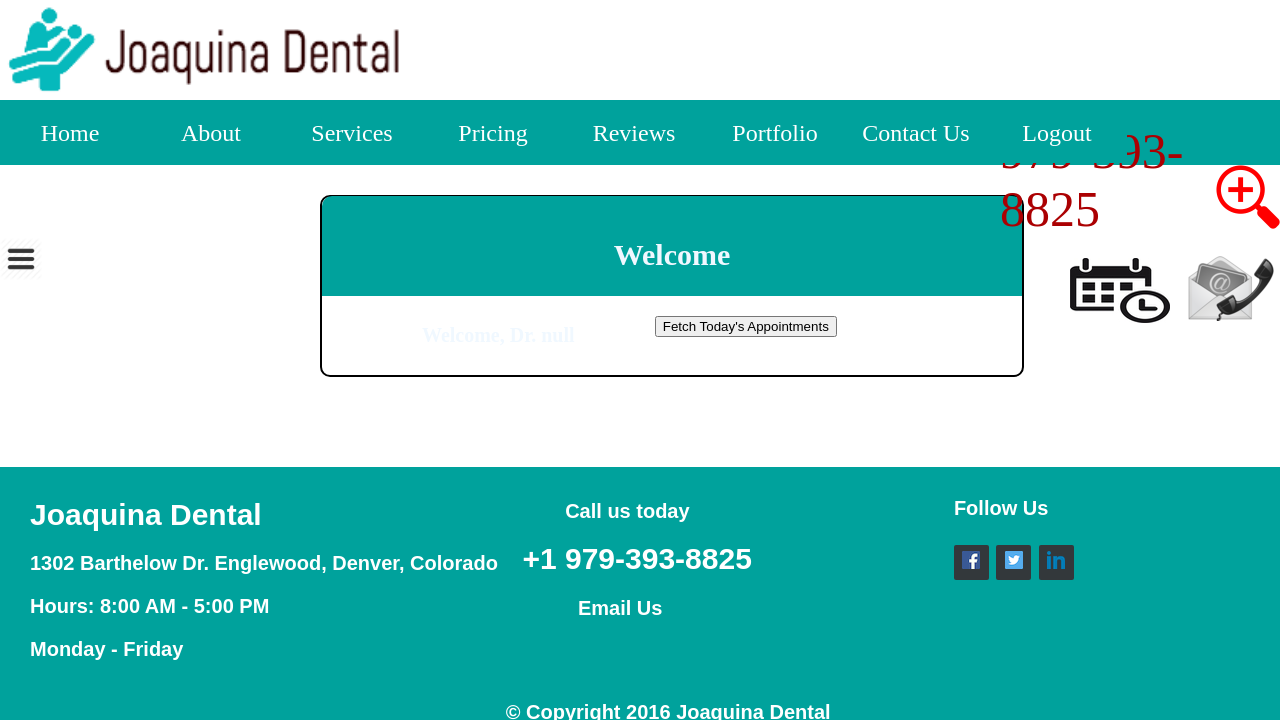
Repository: ManjushaBolishetty/test
Page: http://localhost/test/DentistHomePage.jsp
An editor plug-in stored every save of this project. The page is shown before and after the next save, followed by the edit.
The browser window is 1280 px wide. The pictures show the whole page.
The page is served by Tomcat 9. Other server files are loaded and not shown.

Above is the page before, as saved 2016-04-03 17:46:12.

### test/WebContent/DentistHomePage.jsp
<%@include file="header.jsp" %>
<%@ page import="java.io.*,java.util.*" %>
<%@ page import="javax.servlet.*,java.text.*" %>

<!DOCTYPE html>
<html>
<head>
    <meta http-equiv="Content-Type" content="text/html; charset=ISO-8859-1">
	<meta name="viewport" content="width=device-width, initial-scale=1">
<link href="CSS/ResponsiveForm.css" rel="stylesheet" type="text/css" />
<script src="http://code.jquery.com/jquery-latest.js">  </script>
    <title>My Appointments</title>
</head>
<script type="text/javascript">
function fetchAppointment(){
	  $.ajax({
          url : "AppointmentServlet",
          type : "GET",
          data :{},
          dataType : "text",
          success : function(data) {
        	  /*alert('hi');*/
        	  if($('#divAppointmentList').text("")){
        		  $('#divAppointmentList').append(data);
        	  }
          }
});
}

$(document).ready(function(){

	$('a.loginToggle').text("Logout");
	$('#getApt').click(function(){
		fetchAppointment();
	});
});
</script>
<body>
<div id="cover">
<header>
    <h3>Welcome </h3>
    <div class="Logindate">
 	<%
   Date date = new Date();
   out.print("<h4 align=\"left\">" +"Welcome, Dr. " + session.getAttribute("Dentist_Name") + "</h4>\n");
   /*  out.print("<h4 align=\"left\">" + date.toString() + "</h4>");*/
	%>
</div>

</header>

<div class="appointment" align=center>
<form action="AppointmentServlet" method="get">
      <input id="getApt" type="button" value="Fetch Today's Appointments" />
      <div id="divAppointmentList"></div>
 </form>
 </div>
</div>

  <footer class="footer-distributed">
			<div class="footer-left">

				<h3>Joaquina Dental</h3>
				<p>1302 Barthelow Dr.
				Englewood, Denver, Colorado</p>
				<p >Hours: 8:00 AM - 5:00 PM</p>
				<p >Monday - Friday</p>
			</div>

			<div class="footer-center">

				<p class="callusToday">Call us today  </p><br/>
				<br/>
				<h3>+1 979-393-8825</h3><br/>
				<p class="emailUs">Email Us</p>
			</div>

			<div class="footer-right">

				<p>Follow Us</p>

				<div class="footer-icons">

					<a href="#"><i class="fa fa-facebook"></i></a>
					<a href="#"><i class="fa fa-twitter"></i></a>
					<a href="#"><i class="fa fa-linkedin"></i></a>

				</div>

			</div>
<p class="copyright" >&copy; Copyright 2016 Joaquina Dental</p>
		</footer>
</body>
</html>

### test/WebContent/header.jsp
<%@ page language="java" contentType="text/html; charset=UTF-8"
    pageEncoding="UTF-8"%>
<!DOCTYPE html>
<html>
<head>
<meta http-equiv="Content-Type" content="text/html; charset=UTF-8">
<meta name="viewport" content="width=device-width, initial-scale=1">
<link href="CSS/testeverything.css" rel="stylesheet" type="text/css" />
<script src="http://code.jquery.com/jquery-latest.js">  </script>
<script type="text/javascript">

$(document).ready(function(){
	$('a.loginToggle').click(function(){
		if($('a.loginToggle').text()=="Logout"){
			window.location.href = "JD_LoginPage.jsp";
		}
	})
});
</script>

<style>

#zoom img {
    width: 5%;
    position: absolute;
    right: 0;
}
</style>
<title>Insert title here</title>
</head>

<body>
<div id="header">
	<img class="logoimage" src="Images/Drawing (4).png" alt="Joaquina Dental"></img>
	<span class="phonenumber">979-393-8825</span>
	<a href="#" class="scheduleanchor"><img class="Contact" src="Images/Contact_Us.png"></img></a>
	<a href="#" class="scheduleanchor"><img class="Calendar" src="Images/calendar.png"></img></a>
</div>

<div id="navmenu">
	<img class="iconimage" src="Images/collpased_menu.png"></img><label for="show-menu" class="show-menu iconlabel">Menu</label>
	<input type="checkbox" id="show-menu" role="button">

	<ul id="menu">
		  <li><a href="#">Home</a></li>
		  <li><a href="#">About</a></li>
		  <li>
		    	<a href="#">Services</a>
			    <ul class="dropdownContent">
			      <li><a href="#">Extraction</a></li>
			      <li><a href="#">Transplant</a></li>
			      <li><a href="#">Root Canal</a></li>
			      <li><a href="#">Cleaning</a></li>
			    </ul>
	  	   </li>
	  	   <li><a href="#">Pricing</a></li>
	  	   <li><a href="#">Reviews</a></li>
	  	   <li><a href="#">Portfolio</a></li>
	  	   <li><a href="#">Contact Us</a></li>
	  	   <li><a class="loginToggle" href="#">Login</a></li>
	</ul>
</div>
<div id="zoom" style="width:100%;height:0px">
	<a href="#" class=""><img class="zoom" src="Images/zoom.png"></img></a>
</div>
</body>
</html>

### test/WebContent/CSS/testeverything.css
body{
  border: 0;
  padding: 0;
  margin: 0;
  height: 100%;

}

#header{
	width:100%;
	height:100px;
  background-color:white;
}

#header h3{
	display:inline;
	width:auto;
	height:auto;
}
#header img{
	width:auto;
	float:left;
	padding-left:0px;
	height:100%;
}


.Contact{

	max-width:100%;
	height:auto;
	margin-left:10px;
	margin-top:18px;
}


.Calendar{

	max-width:100%;
	height:auto;
	margin-left:10px;
	margin-top:20px;
}

#header a{
	float:right;
	/*margin-right: 40px;*/
}
.logoSchedule{
	width:auto;
	float:left;
}

.logoContact{
	width:auto;
	float:right;
}

#navmenu{
	width:100%;
	height:65px;
	background:#00A29C;
}

ul {
	list-style-type:none;
	margin:0;
	padding:0;
	position: absolute;
}

/*Create a horizontal list with spacing*/
li {
	display:inline-block;
	float: left;
	margin-right: 1px;
}

/*Style for menu links*/
li a {
	display:block;
	min-width:140px;
	padding-top:20px;
	padding-bottom:16px;
	font-size:24px;
	text-align: center;
	font-family: 'Roboto Slab', serif;
	color: white;
	background: #00A29C;
	text-decoration: none;
}

.phonenumber{
    font-size: 50px;
    margin-left: 1000px;
    display: inline-block;
    margin-top: 22px;
    color: #ab0002;
    float:left;
}

/*Hover state for top level links*/
li:hover a {
	background: black;
}

/*Style for dropdown links*/
li:hover ul a {
	background: #e6ffff;
	color: blue;
}

/*Hover state for dropdown links*/
li:hover ul a:hover {
	background: #19c589;
	color: #fff;
}

/*Hide dropdown links until they are needed*/
li ul {
	display: none;
}

/*Make dropdown links vertical*/
li ul li {
	display: block;
	float: none;
}



/*Display the dropdown on hover*/
ul li a:hover + .dropdownContent, .dropdownContent:hover {
	display: block;
}

/*Responsive Styles*/

	.show-menu {
	font-family: "Helvetica Neue", Helvetica, Arial, sans-serif;
	text-decoration: none;
	color: #fff;
	background: #00A29C;
	text-align: center;
	padding: 10px 0;
	display: none;
}

.iconlabel{
	width:100%;
	height:auto;
	padding:1%;
}

.iconimage{
	float:left;
	height:42px;
}


.callusToday{
	padding-left:10%;
}
.emailUs{
	padding-left:13%;
}

/*Hide checkbox*/
input[type=checkbox]{
    display: none;
}

/*Show menu when invisible checkbox is checked*/
input[type=checkbox]:checked ~ #menu{
    display: block;
}

@media screen and (max-width : 832px){
	/*Make dropdown links appear inline*/
	ul {
		position: static;
		display: none;
	}

	/*Create vertical spacing*/
	li {
		margin-bottom: 1px;
	}
	/*Make all menu links full width*/
	ul li, li a {
		width: 100%;
	}
	.show-menu {
		display:block;
	}
	.imageHolder{
		display:none;
	}
	.iconlabel
	{
	padding-top:12px;
	float:left;
	width:auto;
	}
}



#Content{
	width:100%;
	height:600px;
	background:white;
}

.imageHolder{
	width:100%;
	height:400px;
	background-image: url("/BigHornDental/Images/appointment.jpg");
    background-repeat: no-repeat;
    background-size: contain;
    border: 1px solid black;
}


.login{
  width: 40%;
  font-family: lato;
  position: relative;
  color: white;
  border:1px solid blue;
  border-radius: 10px;
  background-color:blue;
  text-align:center;
}

/* .Logoutbutton input{
	float: left;
	padding-right:100px;
	font-size: 20px;
    display: block;
    line-height: 12px;
    text-align: left;
} */

.Logindate h4{
	float: left;
    font-size: 20px;
    display: block;
    line-height: 12px;
    text-align: left;
    padding-left:100px;
}


/*For Footer*/
footer{
padding-left:40px;
position: fixed;
}

.footer-distributed{
	background-color: #00A29c;
	box-shadow: 0 1px 1px 0 rgba(0, 0, 0, 0.12);
	box-sizing: border-box;
	width: 100%;
	height:auto;
	text-align: left;
	font: bold 16px sans-serif;
	padding: 30px 30px;
	margin-top: 80px;
}

.footer-distributed .footer-left,
.footer-distributed .footer-center,
.footer-distributed .footer-right{
	display: inline-block;
	vertical-align: top;
}

/* Footer left */

.footer-distributed .footer-left{
	width: 40%;
}

 p{
	font-size:20px;
	color:white;
}

/* The company logo */

.footer-distributed h3{
	color:  white;
	margin: 0;
}


/* Footer links */

.footer-distributed .footer-links{
	color:  #ffffff;
	margin: 20px 0 12px;
	padding: 0;
}

.footer-distributed .footer-links a{
	display:inline-block;
	line-height: 1.8;
	text-decoration: none;
	color:  inherit;
}

.footer-distributed .footer-company-name{
	color:  #8f9296;
	font-size: 14px;
	font-weight: normal;
	margin: 0;
}

/* Footer Center */

.footer-center p{
	padding-top:3px;
}

.footer-right p{
	margin-top:0px;
}

.footer-distributed .footer-center{
	width: 35%;
}

.footer-distributed .footer-center i{
	background-color:  #33383b;
	color: #ffffff;
	font-size: 25px;
	width: 38px;
	height: 38px;
	border-radius: 50%;
	text-align: center;
	line-height: 42px;
	margin: 10px 15px;
	vertical-align: middle;
}

.footer-distributed .footer-center i.fa-envelope{
	font-size: 17px;
	line-height: 38px;
}

.footer-distributed .footer-center p{
	display: inline-block;
	color: #ffffff;
	vertical-align: middle;
	margin:0;
}

.footer-distributed .footer-center p span{
	display:block;
	font-weight: normal;
	font-size:14px;
	line-height:2;
}

.footer-distributed .footer-center p a{
	color:  white;
	text-decoration: none;;
}


/* Footer Right */

.footer-distributed .footer-right{
	width: 20%;
}

.footer-distributed .footer-company-about span{
	display: block;
	color:  black;
	font-size: 14px;
	font-weight: bold;
	margin-bottom: 20px;
}

.footer-distributed .footer-icons{
	margin-top: 25px;
}

.footer-distributed .footer-icons a{
	display: inline-block;
	width: 35px;
	height: 35px;
	cursor: pointer;
	background-color:  #33383b;
	border-radius: 2px;

	font-size: 20px;
	color: #ffffff;
	text-align: center;
	line-height: 35px;

	margin-right: 3px;
	margin-bottom: 5px;
}

.fa-twitter:before {
    content: url("../Images/twitter.png");
}
.fa-facebook:before {
    content: url("../Images/facebook.png");
}
.fa-linkedin:before {
    content: url("../Images/linkedin.png");
}

.fa-linkedin:before {
    content: url("../Images/linkedin.png");
}

.footer-left span{

}


.copyright{
	padding-left: 39%;
}

/* If you don't want the footer to be responsive, remove these media queries */

@media (max-width: 880px) {

	.footer-distributed{
		font: bold 14px sans-serif;
	}

	.footer-distributed .footer-left,
	.footer-distributed .footer-center,
	.footer-distributed .footer-right{
		display: block;
		width: 100%;
		margin-bottom: 40px;
		text-align: center;
	}

	.footer-distributed .footer-center i{
		margin-left: 0;
	}

}


/*Supports Iphone 5,6 and 6S-Plus*/

@media screen and (max-width : 440px){
	/*Make dropdown links appear inline*/
	#header img{
		width:80%;
	}

	.iconimage{
		height:100%;
		width:10%;
	}
	.iconlabel{
		font-size:30px;
	}
	.show-menu{
		font-size:30px;
	}

	#showOnMobile{
		display:block;
	}

	.Contact{
	width:80px;
	height:auto;
	margin-left:0px;
	margin-top:8px;
	}


.Calendar{

	width:80px;
	height:auto;
	margin-left:0px;
	margin-top:8px;
	}

.phonenumber{
	display:none;
	}

	.callusToday{
	padding-left:0%;
	}
	.emailUs{
		padding-left:0%;
	}

	.copyright{
		text-align:center;
		padding-left:0%;
		width:100%;
	}
}


@media screen and (max-width : 780px){
	.phonenumber{
		margin-left:70px;
	}
	.iconimage{
		height:65px;
	}
	.iconlabel{
		font-size:30px;
	}
	.callusToday{
		padding-left:0%;
		font-size:20px;
	}
	.emailUs{
		padding-left:0%;
	}
	.footer-left p{
		font-size:20px;
	}
	.footer-center p{
		font-size:20px;
	}
	.footer-right p{
		font-size:20px;
	}
	.copyright{
		text-align:center;
		padding-left:0%;
		width:100%;
	}

}

### test/WebContent/CSS/ResponsiveForm.css
* {
/* With these codes padding and border does not increase it's width and gives intuitive style.*/
box-sizing: border-box;
}

body {
	margin:0;
	padding:0;
	font-family: 'Roboto Slab', serif;
	width:100%;
}

#cover{
	width: 55%;
	margin: 30px 30% 10px 25%;
	padding:10px 0;
	border: 2px solid black;
	border-radius:10px;
}
form{
	width:70%;
	margin:4% 15%;
}
header {
    background-color: #00A29C;
    text-align: center;
    padding-top: 1px;
    padding-bottom: 8px;
    margin-top: -11px;
    margin-bottom: -8px;
    border-radius: 10px 10px 0 0;
    color: aliceblue;
    height: 100px;
    font-size: 24px;
}

h3{
	font-size: 30px;
	padding-top:1px;
}
#newuser{
	margin-right:10px;
}

label{
	font-size:24px;
}


/* Makes responsive fields. Sets size and field alignment.*/
input[type=text]{
	margin-bottom: 20px;
	margin-top: 10px;
	width:100%;
	padding: 15px;
	border-radius:5px;
	border:1px solid #7ac9b7;
	font-size:20px;
}
input[type=password]{
	margin-bottom: 20px;
	margin-top: 10px;
	width:100%;
	padding: 15px;
	border-radius:5px;
	border:1px solid #7ac9b7;
	font-size:20px;
}

input[type=radio]{
	margin-bottom: 20px;
	margin-top: 10px;
	padding: 15px;
	border-radius:5px;
	border:1px solid #7ac9b7;
	font-size:20px;
}

select{
	margin-bottom: 20px;
	margin-top: 10px;
	width:100%;
	height:25px;
	padding: 15px;
	border-radius:5px;
	border:1px solid #7ac9b7;
}

.datepicker{
	height:30px;
}

.result{
	color:blue;
}

p.errorLogin{
	color:#ab0002;
	padding-left:23%;
	font-size:24px;
}

input[type=submit]
{
	margin-bottom: 20px;
	width:50%;
	margin-left:25%;
	padding: 15px;
	border-radius:5px;
	border:1px solid #7ac9b7;
	background-color: #2b547e;
	border-color:#2b547e;
	color: aliceblue;
	font-size:24px;
	cursor:pointer;
}
#submit:hover
{
	background-color: blue;
}
textarea{
	width:100%;
	padding: 15px;
	margin-top: 10px;
	border:1px solid #7ac9b7;
	border-radius:5px;
	margin-bottom: 20px;
	resize:none;
}
input[type=text]:focus,textarea:focus {
	border-color: #4697e4;
}

@media screen and (max-width : 768px){
	h2{
		font-size:16px;
	}
	p{
		font-size:14px;
	}
	label{
		font-size:12px;
	}
	input[type=submit]{
		padding:5px;
	}
	input[type=text]{
		padding: 8px;
	}
	div#envelope{
		width: 80%;
		margin: 10px 30% 10px 11%;
	}
}

@media screen and (max-width : 415px){
	#cover{
	width: 95%;
	margin: 30px 30% 30px 2.5%;
	padding:10px 0;
	border: 2px solid black;
	border-radius:10px;
	}
	input[type=submit]{
		padding:4px;
		font-size:20px;
		white-space:normal;
	}
	input[type=text]{
		padding: 8px;
		font-size:20px;
	}

	input[type=password]{
		padding: 8px;
		font-size:20px;
	}
	label{
		font-size:22px;
	}
	h2{
		font-size:22px;
	}
	p{
		font-size:18px;
	}
	div#envelope{
		width: 80%;
		margin: 10px 30% 10px 11%;
	}

}

@media screen and (max-width : 768px){
	#cover{
	width: 90%;
	margin: 30px 30% 30px 5.5%;
	padding:10px 0;
	border: 2px solid black;
	border-radius:10px;
	}
	input[type=submit]{
		padding:4px;
		font-size:20px;
		white-space:normal;
	}
	input[type=text]{
		padding: 8px;
		font-size:20px;
	}

	input[type=password]{
		padding: 8px;
		font-size:20px;
	}
	label{
		font-size:22px;
	}
	h2{
		font-size:22px;
	}
	p{
		font-size:18px;
	}
	div#envelope{
		width: 80%;
		margin: 10px 30% 10px 11%;
	}

}

After the next save:
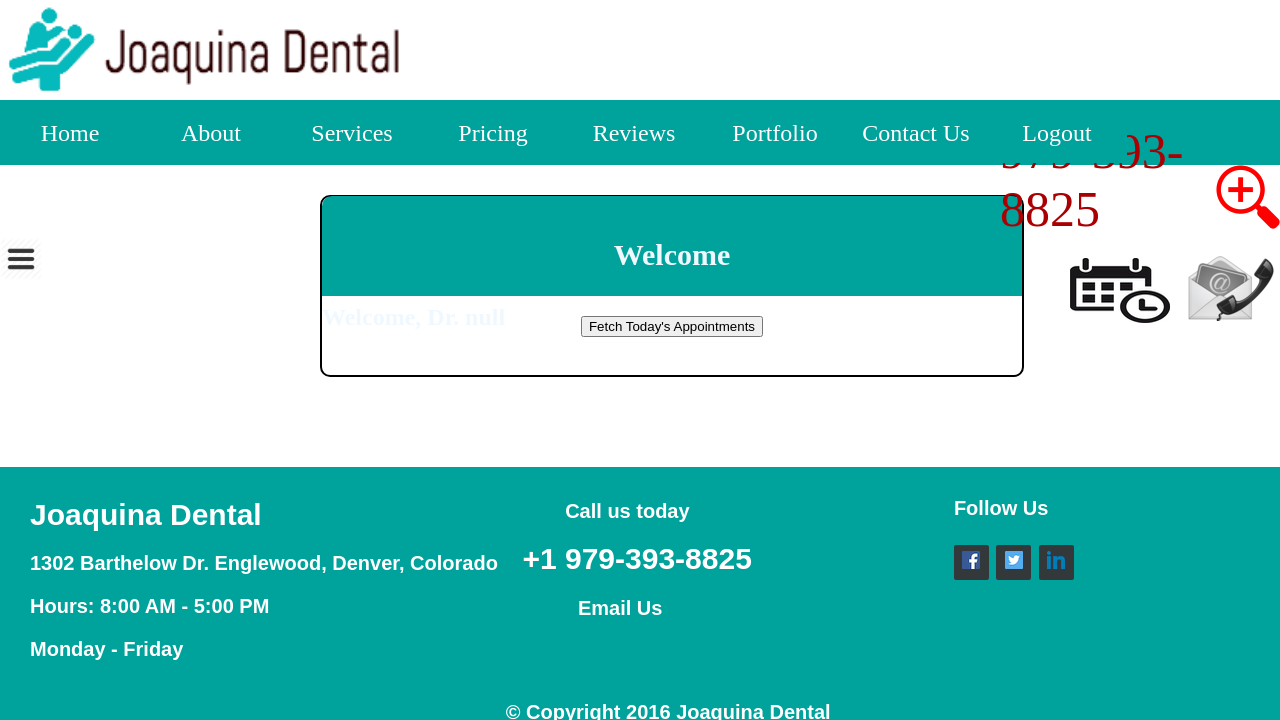
Saved 2 min 5 s later.
--- a/test/WebContent/DentistHomePage.jsp
+++ b/test/WebContent/DentistHomePage.jsp
@@ -39,14 +39,11 @@ $(document).ready(function(){
 <div id="cover">
 <header>
     <h3>Welcome </h3>
-    <div class="Logindate">
  	<%
    Date date = new Date();
    out.print("<h4 align=\"left\">" +"Welcome, Dr. " + session.getAttribute("Dentist_Name") + "</h4>\n");
    /*  out.print("<h4 align=\"left\">" + date.toString() + "</h4>");*/
 	%>
-</div>
-
 </header>
 
 <div class="appointment" align=center>
